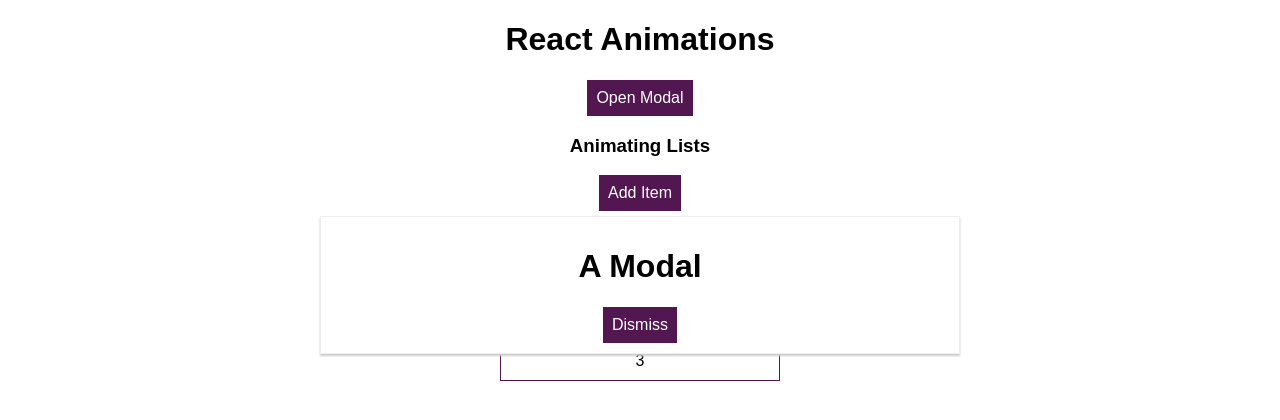
Repository: Aqsajj/react-learning
Page: / (app in animations/animations--01-start/)
An editor plug-in stored every save of this project. The page is shown before and after the next save, followed by the edit.
The browser window is 1280 px wide. The pictures show the whole page.
The project was rebuilt for these pictures with package versions that can differ from the ones it lists, and the page was loaded fresh each time. Also part of the build but not shown: animations/animations--01-start/src/components/Backdrop/Backdrop.css, animations/animations--01-start/src/components/Backdrop/Backdrop.js.

Above is the page before, as saved 2020-06-11 19:19:07.

### animations/animations--01-start/src/App.js
import React, { Component } from "react";

import "./App.css";
import Modal from "./components/Modal/Modal";
import Backdrop from "./components/Backdrop/Backdrop";
import List from "./components/List/List";

class App extends Component {
  render() {
    return (
      <div className="App">
        <h1>React Animations</h1>
        <Modal />
        {/* <Backdrop /> */}
        <button className="Button">Open Modal</button>
        <h3>Animating Lists</h3>
        <List />
      </div>
    );
  }
}

export default App;

### animations/animations--01-start/src/components/List/List.js
import React, { Component } from 'react';

import './List.css';

class List extends Component {
    state = {
        items: [1, 2, 3]
    }

    addItemHandler = () => {
        this.setState((prevState) => {
            return {
                items: prevState.items.concat(prevState.items.length + 1)
            };
        });
    }

    removeItemHandler = (selIndex) => {
        this.setState((prevState) => {
            return {
                items: prevState.items.filter((item, index) => index !== selIndex)
            };
        });
    }

    render () {
        const listItems = this.state.items.map( (item, index) => (
            <li
                key={index}
                className="ListItem"
                onClick={() => this.removeItemHandler(index)}>{item}</li>
        ) );

        return (
            <div>
                <button className="Button" onClick={this.addItemHandler}>Add Item</button>
                <p>Click Item to Remove.</p>
                <ul className="List">
                    {listItems}
                </ul>
            </div>
        );
    }
}

export default List;

Loaded but not shown: animations/animations--01-start/public/index.html (common file); animations/animations--01-start/src/index.js (common file); animations/animations--01-start/src/index.css (common file); animations/animations--01-start/src/registerServiceWorker.js (common file); animations/animations--01-start/src/App.css (common file); animations/animations--01-start/src/components/Modal/Modal.js (common file); animations/animations--01-start/src/components/Modal/Modal.css (common file); animations/animations--01-start/src/components/List/List.css (common file)

After the next save:
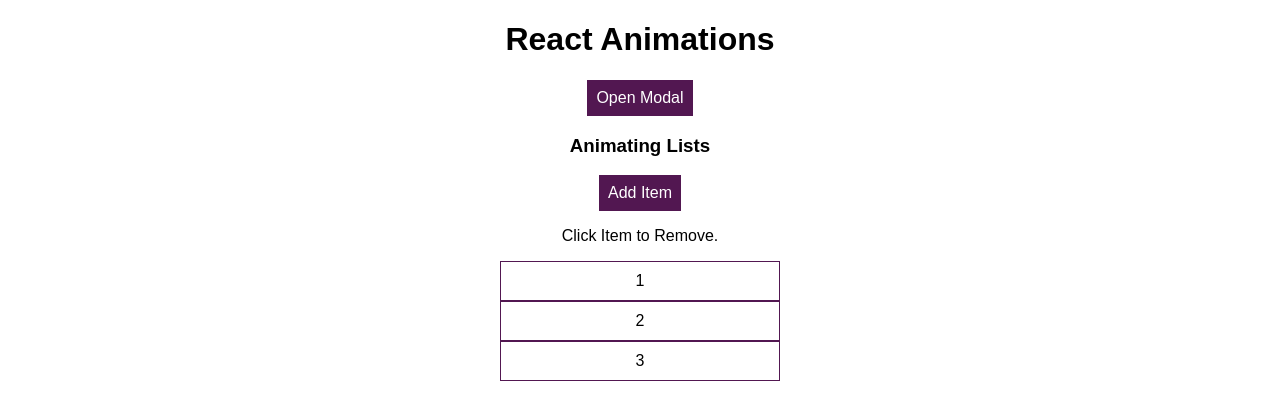
Saved 17 s later.
--- a/animations/animations--01-start/src/App.js
+++ b/animations/animations--01-start/src/App.js
@@ -10,7 +10,7 @@ class App extends Component {
     return (
       <div className="App">
         <h1>React Animations</h1>
-        <Modal />
+        {/* <Modal /> */}
         {/* <Backdrop /> */}
         <button className="Button">Open Modal</button>
         <h3>Animating Lists</h3>
